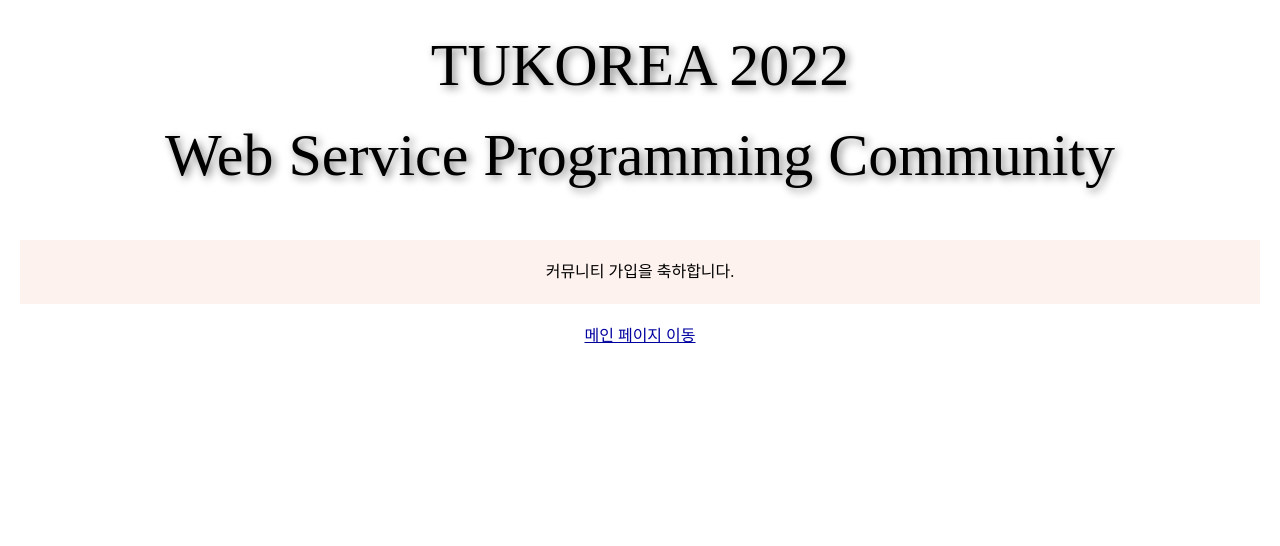
Repository: ljdongz/jsp-project
Page: http://localhost/jeongdong_reg/result.jsp
An editor plug-in stored every save of this project. The page is shown before and after the next save, followed by the edit.
The browser window is 1280 px wide. The pictures show the whole page.
The page is served by Tomcat 9.

Above is the page before, as saved 2022-09-27 14:06:15.

After the next save:
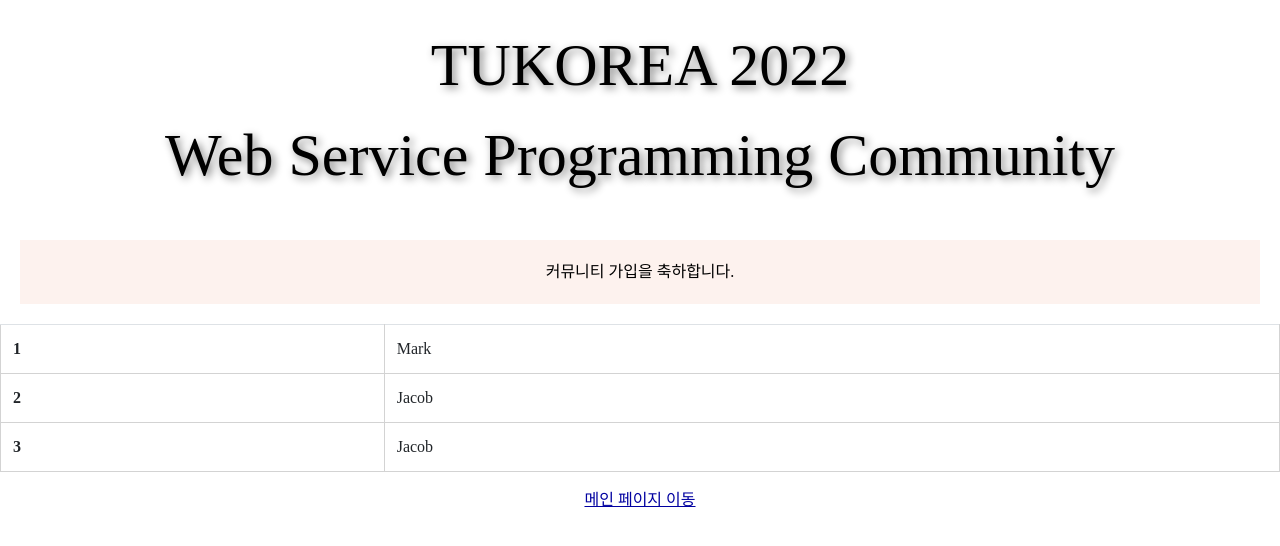
Saved 2 min 20 s later.
--- a/project1/jeongdong_reg/src/main/webapp/result.jsp
+++ b/project1/jeongdong_reg/src/main/webapp/result.jsp
@@ -1,24 +1,45 @@
 <%@ page language="java" contentType="text/html; charset=UTF-8"
-    pageEncoding="UTF-8"%>
+	pageEncoding="UTF-8"%>
 <!DOCTYPE html>
 <html>
 <head>
 <meta charset="UTF-8">
 <title>Result Page</title>
-<link rel="stylesheet" href="https://cdn.jsdelivr.net/npm/bootstrap@4.6.2/dist/css/bootstrap.min.css" integrity="sha384-xOolHFLEh07PJGoPkLv1IbcEPTNtaed2xpHsD9ESMhqIYd0nLMwNLD69Npy4HI+N" crossorigin="anonymous">
+<link rel="stylesheet"
+	href="https://cdn.jsdelivr.net/npm/bootstrap@4.6.2/dist/css/bootstrap.min.css"
+	integrity="sha384-xOolHFLEh07PJGoPkLv1IbcEPTNtaed2xpHsD9ESMhqIYd0nLMwNLD69Npy4HI+N"
+	crossorigin="anonymous">
 <link rel="stylesheet" href="resources/register.css" type="text/css"></link>
 </head>
 <body>
-	<header> TUKOREA 2022 <br> Web Service Programming Community</header>
+	<header>
+		TUKOREA 2022 <br> Web Service Programming Community
+	</header>
 
 	<p id="sect">커뮤니티 가입을 축하합니다.</p>
 
 
-
+	<table class="table">
+		<tbody>
+			<tr>
+				<th scope="row">1</th>
+				<td>Mark</td>
+			</tr>
+			<tr>
+				<th scope="row">2</th>
+				<td>Jacob</td>
+			</tr>
+			<tr>
+				<th scope="row">3</th>
+				<td>Jacob</td>
+			</tr>
+		</tbody>
+	</table>
 
 
 	<p style="text-align: center;">
-		<a href="http://localhost:8080/jeongdong_reg/welcome.html">메인 페이지 이동</a>
+		<a href="http://localhost:8080/jeongdong_reg/welcome.html">메인 페이지
+			이동</a>
 	</p>
 </body>
 </html>
